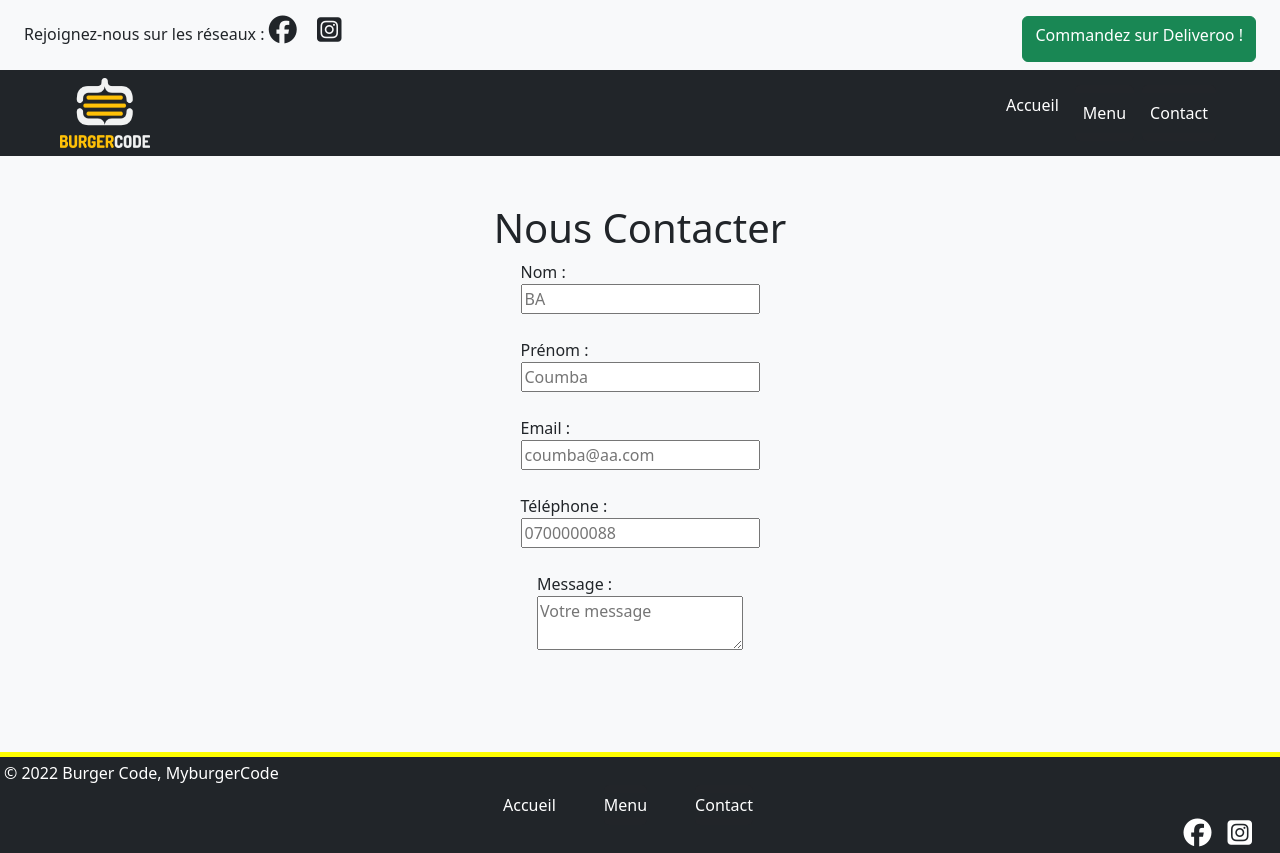
Repository: Coumba25040/coumbaProjet
Page: VraiProjet/contact.html
The author's editor kept a copy of each file at every save. The page is drawn from the files as they stood at one save, then again after the next save.
The browser window is 1280 px wide. The pictures show the whole page.

Above is the page before, as saved 2025-01-24 13:59:51.

After the next save:
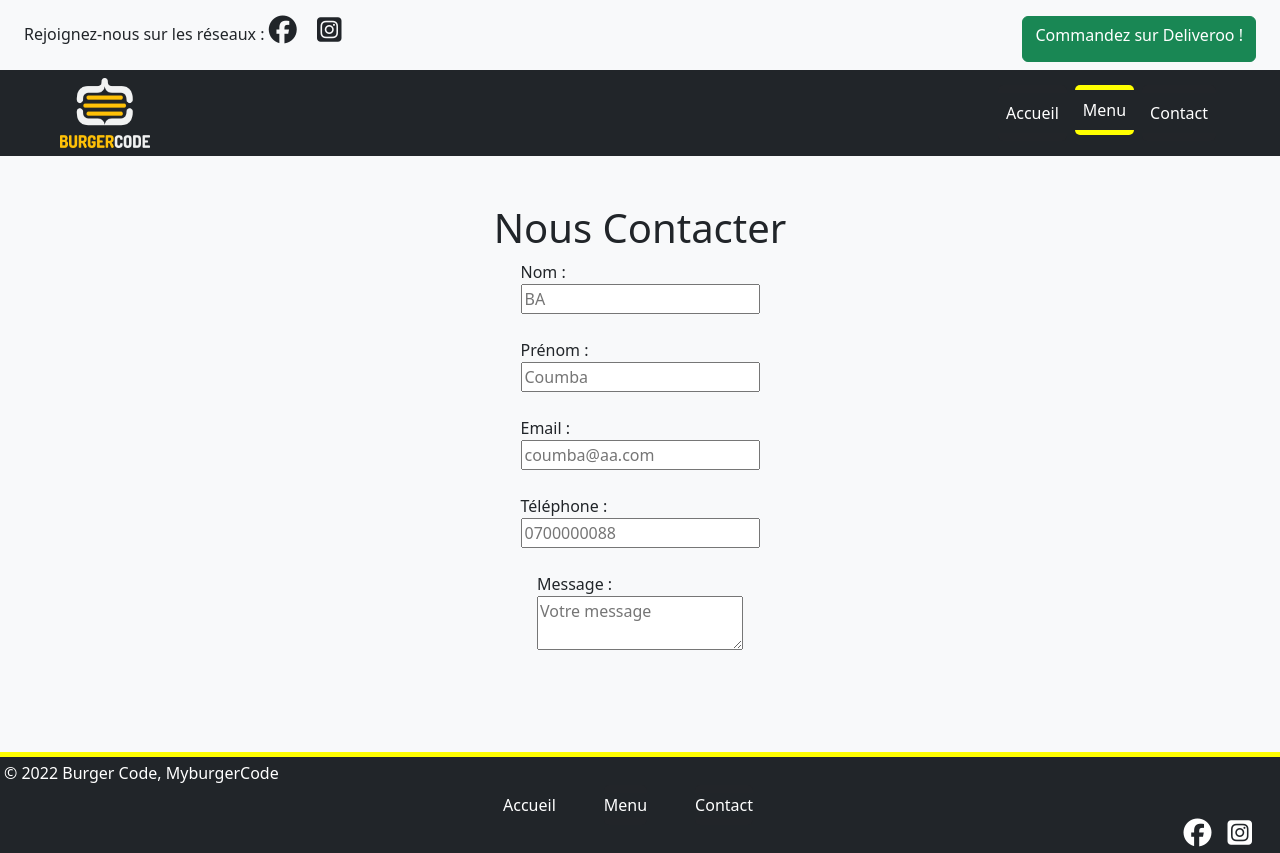
Saved 54 s later.
--- a/VraiProjet/contact.html
+++ b/VraiProjet/contact.html
@@ -114,10 +114,10 @@
             <div class="navmobile collapse navbar-collapse " id="navbarNav">
                 <ul class="navbar-nav ms-auto">
                     <li class="nav-item mx-1">
-                        <a class="nav-link active text-white accueil " aria-current="page" href="./accueil.html">Accueil</a>
+                        <a class="nav-link active text-white border-hover " aria-current="page" href="./accueil.html">Accueil</a>
                     </li>
                     <li class="nav-item mx-1">
-                        <a class="nav-link text-white border-hover " href="./menu.html">Menu</a>
+                        <a class="nav-link text-white menu " href="./menu.html">Menu</a>
                     </li>
                     <li class="nav-item mx-1">
                         <a class="nav-link text-white border-hover " href="./contact.html">Contact</a>
@@ -154,11 +154,6 @@
     </form>
 
 
-
-
-
-
-
           <footer>
 
           <div class="container-fluid text-white bg-dark d-flex p-1 mt-5 footer">
@@ -171,9 +166,7 @@
                 <div class="col-md-4 d-flex justify-content-center align-items-center gap-5 p-4">
                 <a class="nav-link active text-white accueil" aria-current="page" href="./accueil.html">Accueil</a>
                 <a class="nav-link text-white border-hover" href="./menu.html">Menu</a>
-                <a class="nav-link text-white border-hover" href="./contact.html">Contact</a>
-
-                </div>
+                <a class="nav-link text-white border-hover" href="./contact.html">Contact</a></div>
 
                 <div class="col-md-4 d-flex justify-content-end align-items-end gap-3 reseaux">
                     <a href="http://www.facebook.com/">
